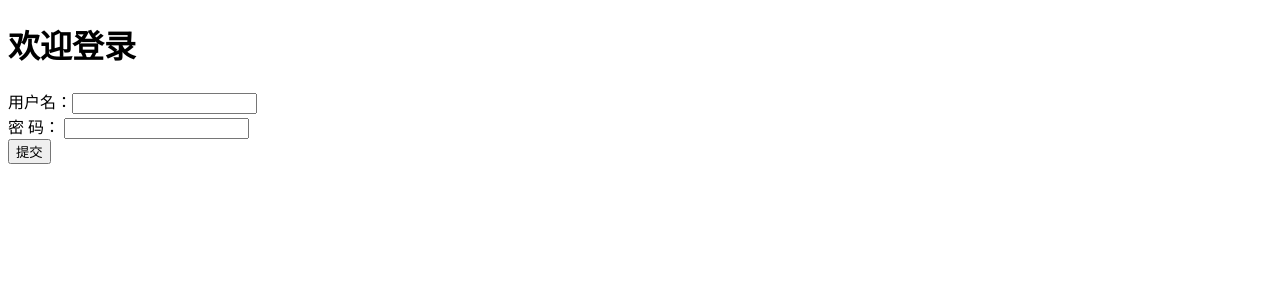
Repository: Nicoleqwerty/2018-
Page: web/hw3/WebContent/Login.html
An editor plug-in stored every save of this project. The page is shown before and after the next save, followed by the edit.
The browser window is 1280 px wide. The pictures show the whole page.

Above is the page before, as saved 2018-07-03 09:41:07.

After the next save:
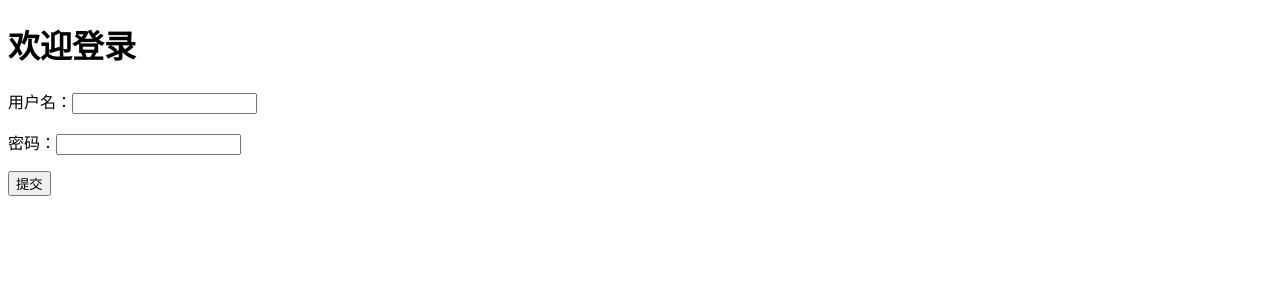
Saved 53 min 15 s later.
--- a/web/hw3/WebContent/Login.html
+++ b/web/hw3/WebContent/Login.html
@@ -6,10 +6,10 @@
 </head>
 <body>
 <h1>欢迎登录</h1>
-<p>
-用户名：<input id="uname" type="text" ></br>
-密	码：		<input id="mm" type="text"></br>
+<div>
+<p align="left">用户名：<input id="uname" type="text" ></p>
+<p align="left">密码：<input id="mm" type="text"></p>
 <input type="button" value="提交">
-</p>
+</div>
 </body>
 </html>
